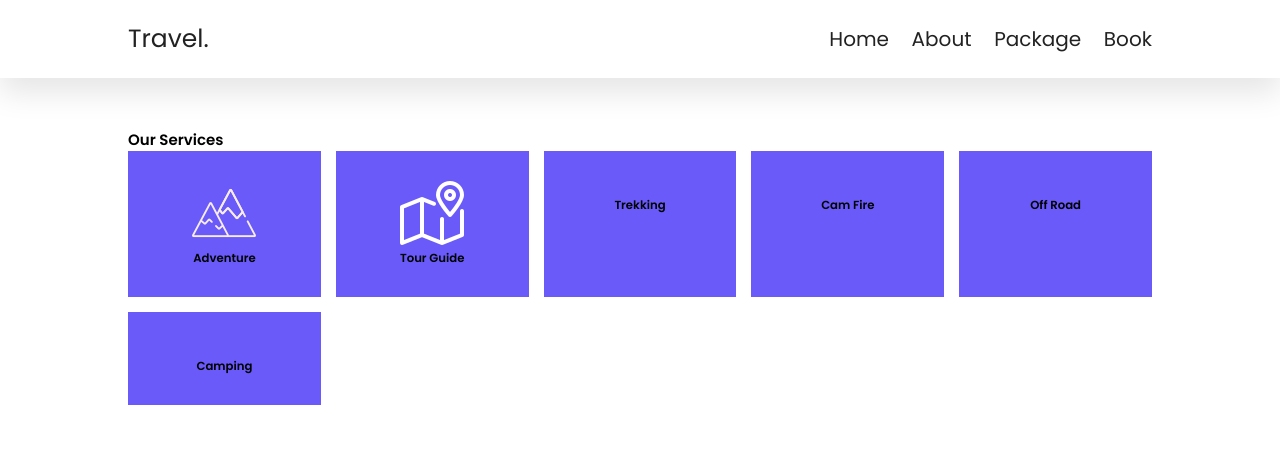
Repository: CTCuong/Traveloka-Web
Page: assets/home.html
These files come from the project's save history. The page is drawn as it stood at one moment and after the next save; the edit follows.
The browser window is 1280 px wide. The pictures show the part of the page from y = 0 to 455 px (the page is 1101 px tall before and 1154 px after).
Pictures or frames that could not be fetched are drawn as grey boxes. Backgrounds fixed to the window are drawn as part of the page.

Above is the page before, as saved 2023-07-03 21:09:46.

### assets/home.html
<!DOCTYPE html>
<html lang="en">
<head>
    <meta charset="UTF-8">
    <meta name="viewport" content="width=device-width, initial-scale=1.0">
    <title>Document</title>
    <!--swiper css-->
    <link rel="stylesheet"href="https://cdn.jsdelivr.net/npm/swiper@9/swiper-bundle.min.css"/>
    <!--font awesome link-->
    <link rel="stylesheet" href="https://cdnjs.cloudflare.com/ajax/libs/font-awesome/6.4.0/css/all.min.css">
    <!-- css file link -->
    <link rel="stylesheet" href="/assets/css/style.css">
</head>
<body>
    <!-- header section starts -->
    <section class="header">
        <a href="home.html" class="logo">travel.</a>

        <nav class="navbar">
            <a href="home.html">Home</a>
            <a href="about.html">About</a>
            <a href="package.html">Package</a>
            <a href="book.html">Book</a>

        </nav>

        <div id="menu-btn" class="fas fa-bars"></div>
    </section>
    <!-- header section ends -->

    <!-- services section starts -->
    <section class="services">
        <h1 class="heading-title"> our services </h1>

        <div class="box-container">

            <div class="box">
                <img src="/assets/image/Services/1.png" alt="">
                <h3> adventure </h3>
            </div>

            <div class="box">
                <img src="/assets/image/Services/2.png" alt="">
                <h3> tour guide </h3>
            </div>

            <div class="box">
                <img src="" alt="">
                <h3> trekking </h3>
            </div>


            <div class="box">
                <img src="" alt="">
                <h3> cam fire </h3>
            </div>

            <div class="box">
                <img src="" alt="">
                <h3> off road </h3>
            </div>

            <div class="box">
                <img src="" alt="">
                <h3> camping </h3>
            </div>

        </div>
    </section>
    <!-- services section ends -->



    <!-- footer section starts -->

    <section class="footer">
        <div class="box-container">

            <div class="box">
                <h3>quick links</h3>
                <a href="home.html"><i class="fas fa-angle-right"></i>Home</a>
                <a href="about.html"><i class="fas fa-angle-right"></i>About</a>
                <a href="package.html"><i class="fas fa-angle-right"></i>Package</a>
                <a href="book.html"><i class="fas fa-angle-right"></i>Book</a>
            </div>

            <div class="box">
                <h3>extra links</h3>
                <a href="#"><i class="fas fa-angle-right"></i> ask question</a>
                <a href="#"><i class="fas fa-angle-right"></i> about us</a>
                <a href="#"><i class="fas fa-angle-right"></i> privacy policy</a>
                <a href="#"><i class="fas fa-angle-right"></i> terms of use</a>
            </div>

            <div class="box">
                <h3>contract info</h3>
                <a href="#"><i class="fas fa-phone"></i> +84 098-326-789 </a>
                <a href="#"><i class="fas fa-phone"></i> +84 023-908-7865 </a>
                <a href="#"><i class="fas fa-envelope"></i> travekhanas@gmail.com </a>
                <a href="#"><i class="fas fa-map"></i> HaNoi, VietNam   </a>
            </div>

            <div class="box">
                <h3>follow us</h3>
                <a href="#"><i class="fab fa-facebook"></i> facebook </a>
                <a href="#"><i class="fab fa-twitter"></i> twitter </a>
                <a href="#"><i class="fab fa-instagram"></i> instagram </a>
                <a href="#"><i class="fab fa-telegram"></i> telegram </a>
            </div>

        </div>

        <div class="credit"> created by <span>mr. Cao Tran Cuong</span> | all rights reserved! </div>
    </section>
    <!-- footer section ends -->

    <!--swiper js-->
    <script src="https://cdn.jsdelivr.net/npm/swiper@9/swiper-bundle.min.js"></script>
    <!-- js file link -->
    <script src="/assets/js/scrip.js"></script>
</body>
</html>

### assets/css/style.css
@import url('https://fonts.googleapis.com/css2?family=Poppins:ital,wght@0,100;0,200;0,300;0,400;0,500;0,600;1,100;1,200;1,300;1,400;1,500;1,600&display=swap');

:root {
    --main-color:#6A5AF9;
    --black:#222;
    --white: #fff;
    --light-black:#777;
    --light-white:#fff9;
    --drak-bg:rgba(0,0,0,.7);
    --light-bg:#eee;
    --border:1rem solid var(var(--black));
    --text-shadow:0 1.5rem 3rem rgba(0,0,0,.3);
    --box-shadow:0 1.5rem 3rem rgba(0,0,0,.1);
}
* {
    font-family: 'Poppins', sans-serif;
    margin: 0; padding: 0;
    box-sizing: border-box;
    outline: none; border: none;
    text-decoration: none;
    text-transform: capitalize;

}

html {
    font-size: 62.5%;
    overflow-x: hidden;
}

html::-webkit-scrollbar {
    width : 1rem;
}

html::-webkit-scrollbar-track {
    background-color: var(--white);
}

html::-webkit-scrollbar-thumb {
    background-color: var(--main-color);
}
section {
    padding: 5rem 10%;
}
.header {
    position: sticky;
    top:0; left: 0; right: 0;
    z-index: 1000;
    background-color: var(--white);
    display: flex;
    padding-top: 2rem;
    padding-bottom: 2rem;
    box-shadow: var(--box-shadow);
    align-items: center;
    justify-content:space-between;
}

.header .logo {
    font-size: 2.5rem;
    color: var(--black);
}

.header .navbar a {
    font-size: 2rem;
    margin-left: 2rem;
    color: var(--black);
}

#menu-btn {
    font-size: 2.5rem;
    color: var(--black);
    cursor: pointer;
    display: none;
}

.services .box-container {
    display: grid;
    grid-template-columns: repeat(auto-fit, minmax(16rem, 1fr));
    gap : 1.5rem;
}

.services .box-container .box {
    padding: 3rem 2rem;
    text-align: center;
    background: var(--main-color);

}


























.footer {
    background:url(/assets/image/Footer/low-angle-nature-night-time.jpg) no-repeat;
    background-size: cover;
    background-position: center;
    background-attachment: fixed;
}

.footer .box-container {
    display: grid;
    grid-template-columns: repeat(auto-fit, minmax(25rem, 1fr));
    gap : 3rem;
}

.footer .box-container .box h3{
    color: var(--white);
    font-size: 2.5rem;
    padding-bottom: 2rem;
}

.footer .box-container .box a {
    color: var(--light-white);
    font-size: 1.5rem;
    padding-bottom: 1.5rem;
    display: block;
}

.footer .box-container .box a i {
    color: var(--main-color);
    padding-right: .5rem;
    transition: .2s linear ;
}

.footer .box-container .box a:hover i {
    padding-right: 2rem;
}

.footer .credit {
    text-align: center;
    padding-top: 3.5rem;
    margin-top: 3rem;
    border-top: .1rem solid var(--light-bg);
    font-size: 2rem;
    color: var(--white);
}

.footer .credit span {
    color:var(--main-color);
}



/* media queries */
@media (max-width:1200px) {

    section {
        padding: 3rem 5%;
    }

}

@media (max-width:991px) {

    html {
        font-size: 55%;
    }

    section {
        padding: 3rem 2rem;
    }

}

@media (max-width:768px) {
    #menu-btn {
         display: inline-block;
         transition: .2s linear;
    }

    #menu-btn.fa-times {
        transform: rotate(180deg);
    }

    .header .navbar {
        position: absolute;
        top:99%; left:0; right:0;
        background-color: var(--white);
        border-top: var(--border);
        padding: 2rem;
        transition: .2s linear;
        clip-path: polygon(0 0, 100% 0, 100% 0, 0 0);
    }

    .header .navbar.active {
        clip-path: polygon(0 0, 100% 0, 100% 100%, 0 100%);
    }

    .header .navbar a {
        display:block;
        margin: 2rem;
        text-align: center ;
    }

}
@media (max-width:450px) {

    html {
        font-size: 50%;
    }

}

### assets/js/scrip.js
let menu = document.querySelector('#menu-btn');
let navbar = document.querySelector('.header .navbar');

menu.onclick = () =>{
    menu.classList.toggle('fa-times');
    navbar.classList.toggle('active');
};

window.onscroll = () => {
    menu.classList.remove('fa-times')
    navbar.classList.remove('active')

}

After the next save:
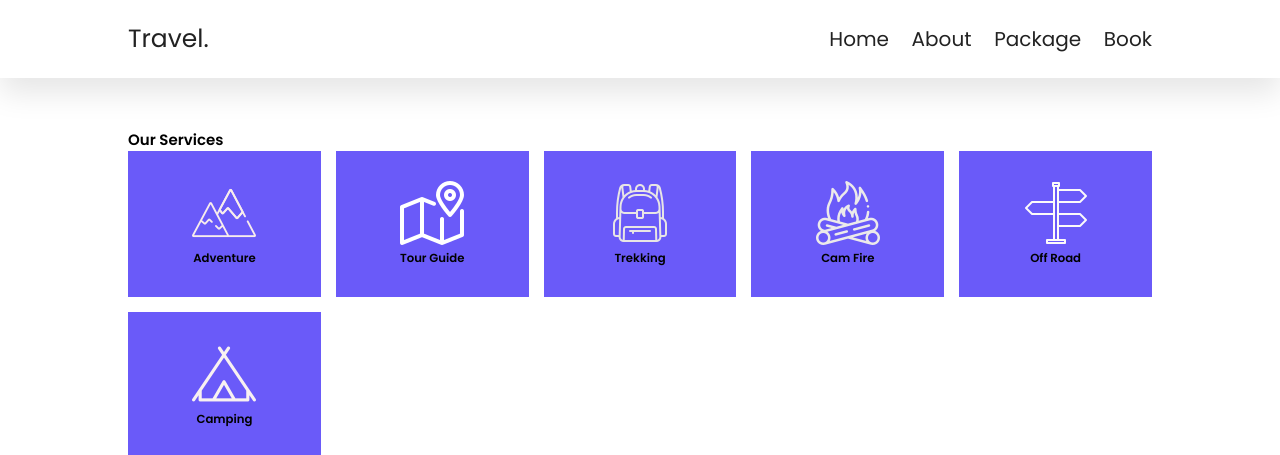
Saved 47 s later.
--- a/assets/home.html
+++ b/assets/home.html
@@ -45,23 +45,23 @@
             </div>
 
             <div class="box">
-                <img src="" alt="">
+                <img src="/assets/image/Services/3.png" alt="">
                 <h3> trekking </h3>
             </div>
 
 
             <div class="box">
-                <img src="" alt="">
+                <img src="/assets/image/Services/4.png" alt="">
                 <h3> cam fire </h3>
             </div>
 
             <div class="box">
-                <img src="" alt="">
+                <img src="/assets/image/Services/5.png" alt="">
                 <h3> off road </h3>
             </div>
 
             <div class="box">
-                <img src="" alt="">
+                <img src="/assets/image/Services/6.png" alt="">
                 <h3> camping </h3>
             </div>
 
